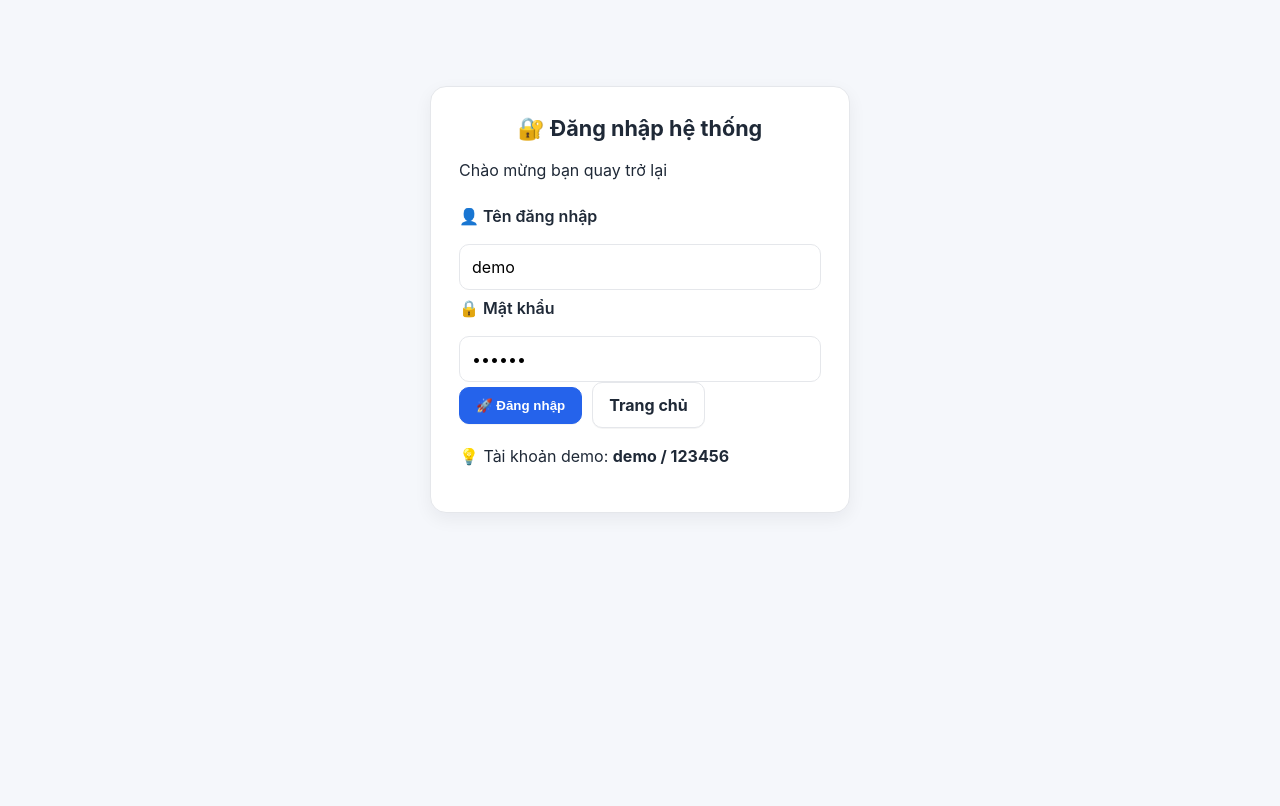
Repository: minhtvpy00202-git/KyThuatPhanMem_PY00202_MinhTV
Page: http://localhost/MiniExpense/login
An editor plug-in stored every save of this project. The page is shown before and after the next save, followed by the edit.
The browser window is 1280 px wide. The pictures show the whole page.
The page is served by Tomcat 10.

Above is the page before, as saved 2025-10-17 20:33:52.

After the next save:
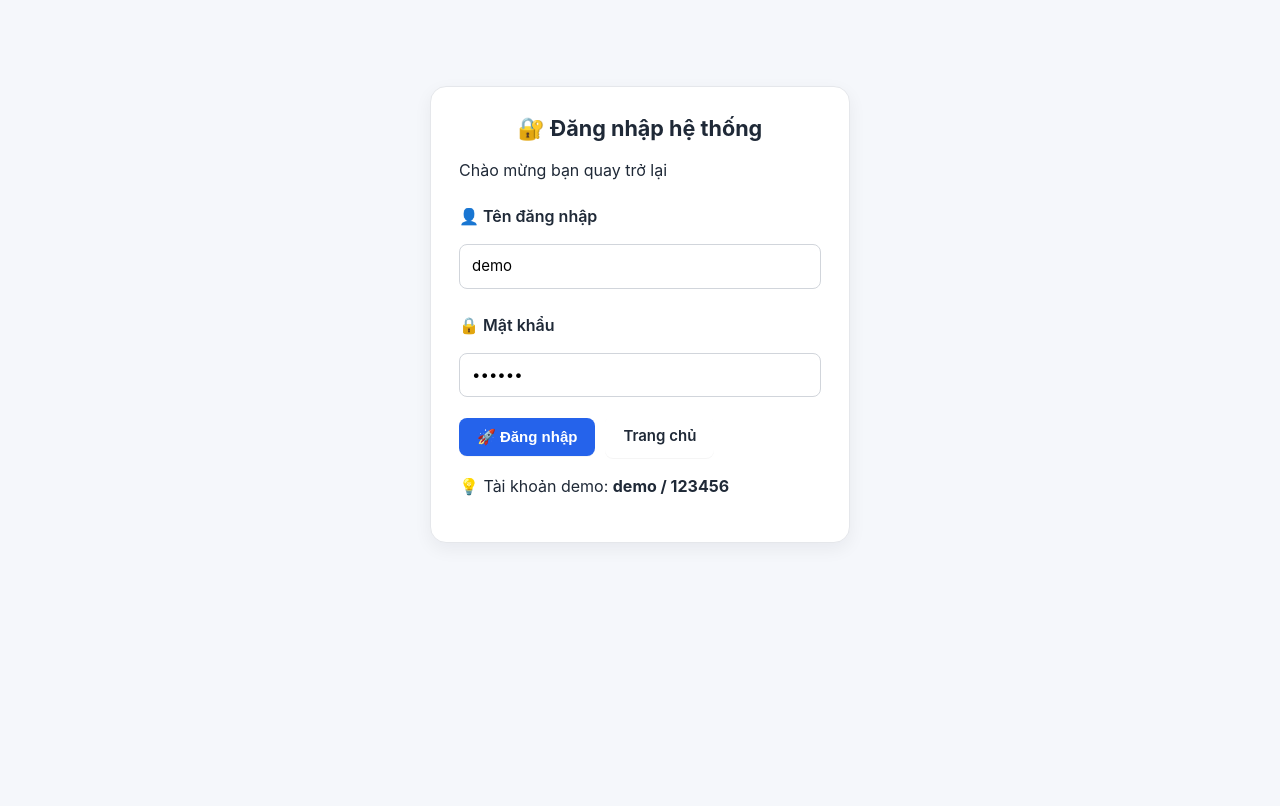
Saved 4 min 8 s later.
--- a/Source code/MiniExpense/src/main/webapp/css/app.css
+++ b/Source code/MiniExpense/src/main/webapp/css/app.css
@@ -410,3 +410,117 @@ button:hover,.btn:hover{background:var(--primary-600);border-color:var(--primary
 @media (max-width: 900px) {
   .stat-cards { grid-template-columns: 1fr; }
 }
+
+/* ==========================
+   FORM STYLE - Căn chỉnh đều và thoáng
+   ========================== */
+
+form {
+  display: flex;
+  flex-direction: column;
+  gap: 18px; /* Khoảng cách giữa các hàng */
+}
+
+.form-group {
+  display: flex;
+  flex-direction: column;
+  gap: 6px; /* Khoảng cách giữa label và input */
+}
+
+.form-label {
+  font-weight: 600;
+  color: #374151;
+  font-size: 15px;
+}
+
+/* Ô nhập liệu đồng bộ kích thước và style */
+.form-control,
+select,
+input[type="text"],
+input[type="password"],
+input[type="number"],
+input[type="date"],
+textarea {
+  width: 100%;
+  padding: 10px 12px;
+  font-size: 15px;
+  border: 1px solid #d1d5db;
+  border-radius: 8px;
+  background-color: #fff;
+  transition: border-color 0.2s, box-shadow 0.2s;
+  box-sizing: border-box;
+}
+
+/* Khi focus */
+.form-control:focus,
+select:focus,
+input:focus,
+textarea:focus {
+  outline: none;
+  border-color: #2563eb;
+  box-shadow: 0 0 0 2px rgba(37, 99, 235, 0.2);
+}
+
+/* Căn nút hành động */
+.form-actions {
+  display: flex;
+  align-items: center;
+  gap: 12px;
+  margin-top: 6px;
+}
+
+/* Nút chính */
+.btn {
+  display: inline-flex;
+  align-items: center;
+  justify-content: center;
+  font-weight: 600;
+  font-size: 15px;
+  padding: 10px 18px;
+  border: none;
+  border-radius: 8px;
+  cursor: pointer;
+  transition: 0.2s;
+}
+
+.btn-primary {
+  background-color: #2563eb;
+  color: #fff;
+}
+
+.btn-secondary {
+  background-color: #f3f4f6;
+  color: #111827;
+}
+
+.btn-primary:hover {
+  background-color: #1d4ed8;
+}
+
+.btn-secondary:hover {
+  background-color: #e5e7eb;
+}
+
+/* Làm form không bị dính lên đỉnh */
+.transaction-form,
+.password-form {
+  display: block;
+  background: #fff;
+  border-radius: 12px;
+  padding: 24px 28px;
+  box-shadow: 0 1px 3px rgba(0,0,0,0.06);
+  margin-top: 10px;
+}
+
+.form-header h2 {
+  font-size: 22px;
+  font-weight: 700;
+  color: #111827;
+  margin-bottom: 4px;
+}
+
+.form-header p {
+  color: #6b7280;
+  font-size: 15px;
+  margin-bottom: 20px;
+}
